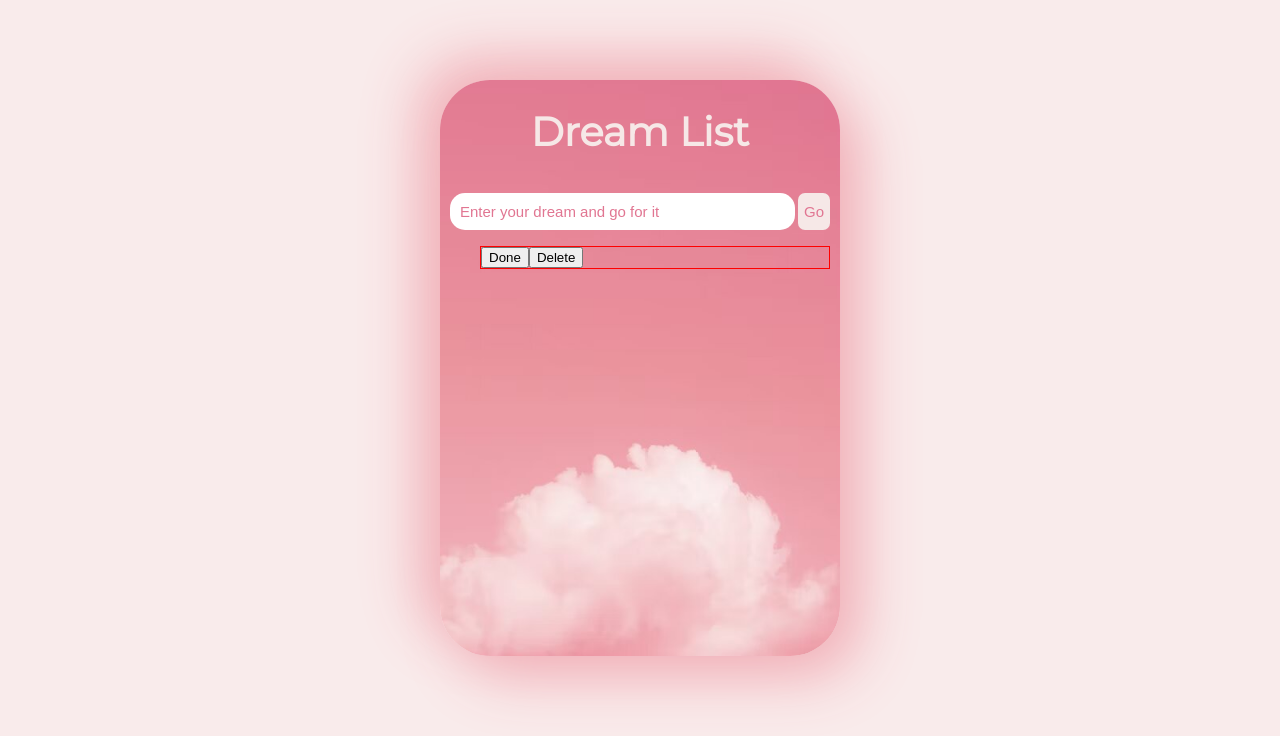
Repository: asya-aisa/grocery-list
Page: /, after clicking the first element matching `button.btn-add`
The author's editor kept a copy of each file at every save. The page is drawn from the files as they stood at one save, then again after a run of saves.
The browser window is 1280 px wide. The pictures show the whole page.
The project was rebuilt for these pictures with package versions that can differ from the ones it lists, and the page was loaded fresh each time.

Above is the page before, as saved 2023-07-14 16:35:10.

After the next 2 saves:
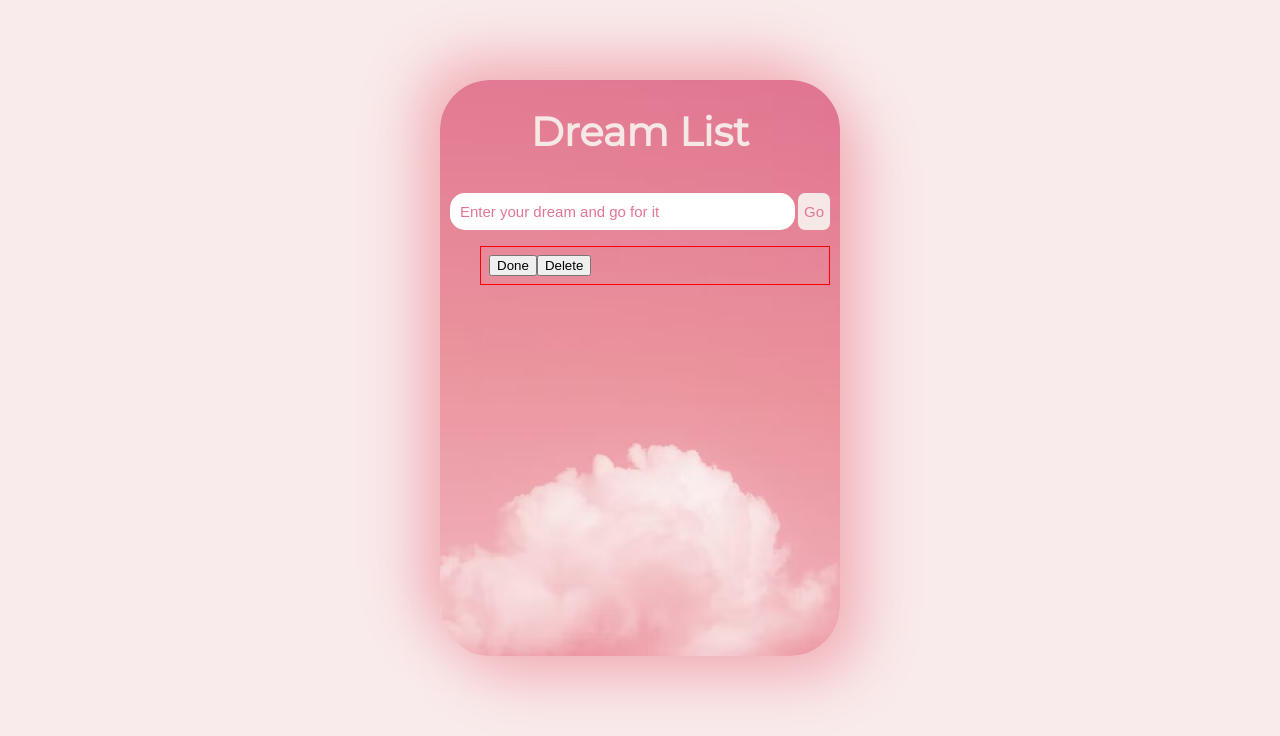
The 2 saves are shown as one change because they came seconds apart.
The last was saved 26 s later.
--- a/src/App.css
+++ b/src/App.css
@@ -54,5 +54,6 @@ input {
 .item {
   list-style: none;
   margin-right: 10px;
+  padding: 8px;
   border: 1px red solid;
 }
